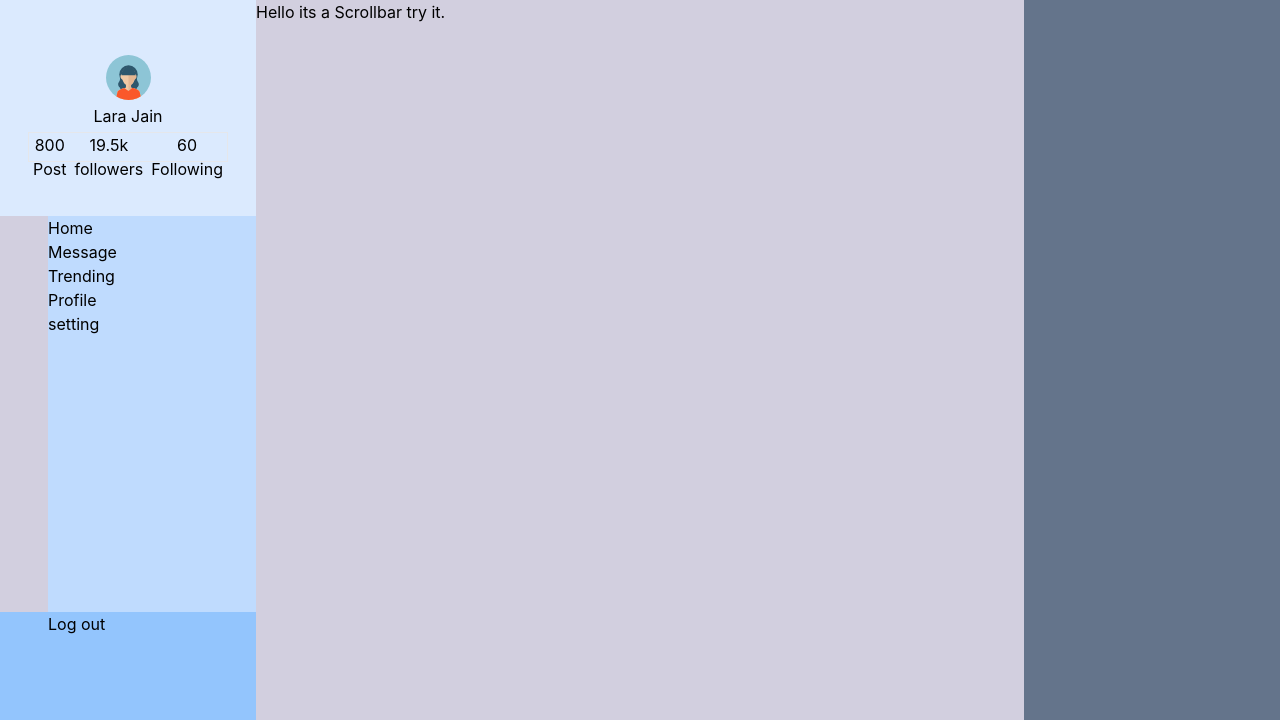
Repository: cosmicswati/upgrad-captions-project
Page: /account/signin
An editor plug-in stored every save of this project. The page is shown before and after the next save, followed by the edit.
The browser window is 1280 px wide. The pictures show the whole page.
An inner scrolling area shows only its first screen. The project was rebuilt for these pictures with package versions that can differ from the ones it lists, and the page was loaded fresh each time. Also part of the build but not shown: src/components/Input/index.js, src/components/Button/index.js, src/modules/Authorization/Form.jsx, src/modules/Authorization/index.js.

Above is the page before, as saved 2024-04-09 14:10:08.

After the next save:
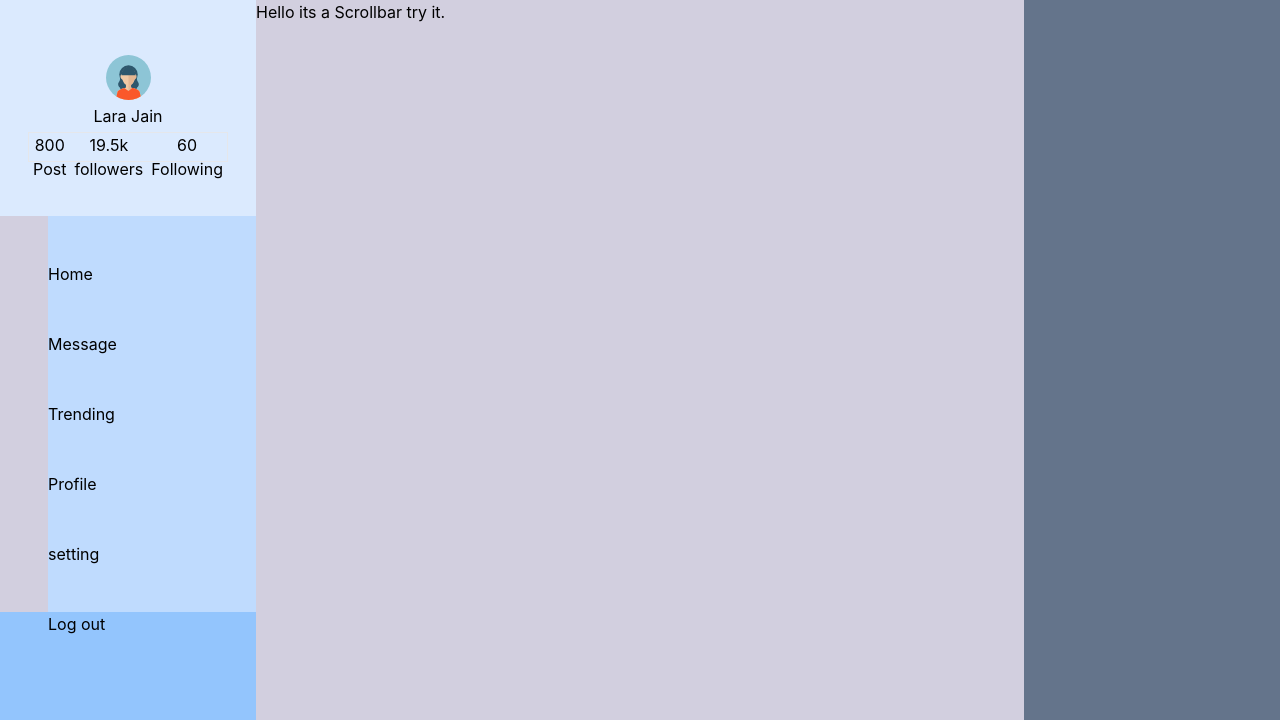
Saved 45 s later.
--- a/src/modules/Home/index.js
+++ b/src/modules/Home/index.js
@@ -25,7 +25,7 @@ const Home = () => {
                     </div>
                 </div>
             </div>
-            <div className='h-[55%] bg-blue-200  flex-col justify-center ml-12'>
+            <div className='h-[55%] bg-blue-200 flex flex-col justify-evenly ml-12'>
                     <div>Home</div>
                     <div>Message</div>
                     <div>Trending</div>
